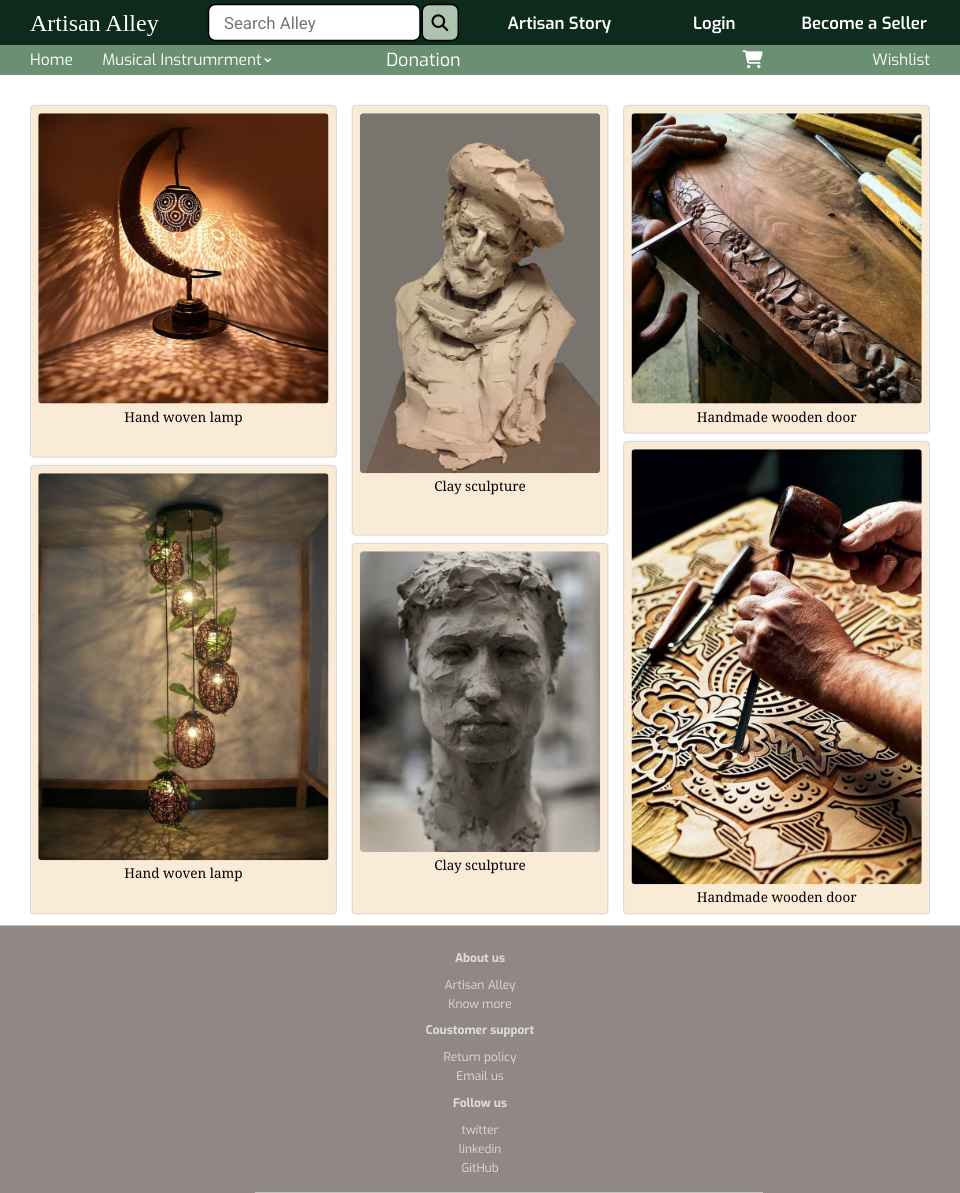
Repository: RingkhangBTY/Bytehacks_Hackathon_Project
Page: index.html
These files come from the project's save history. The page is drawn as it stood at one moment and after the next save; the edit follows.
The browser window is 1280 px wide. The pictures show the whole page, at 75% of full size.
Some web fonts or font styles are not loaded; a fallback is used.

Above is the page before, as saved 2024-11-27 04:46:53.

After the next save:
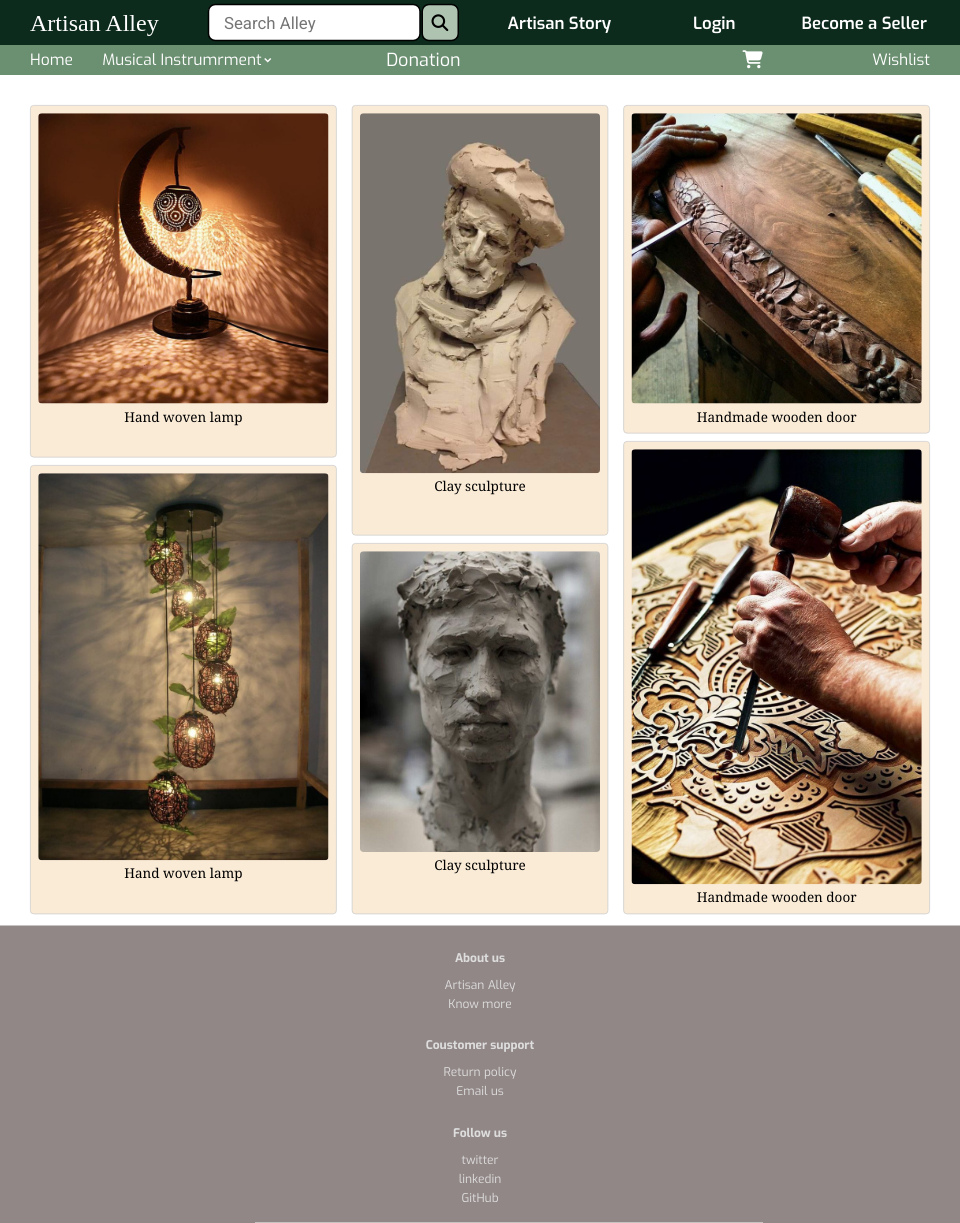
Saved 15 s later.
--- a/style.css
+++ b/style.css
@@ -211,7 +211,7 @@
   text-align: center;
 }
 
-.f00ter-container{
+.footer-container{
   display: flex;
   flex-direction: column;
   align-items: center;

After the 3 saves that followed:
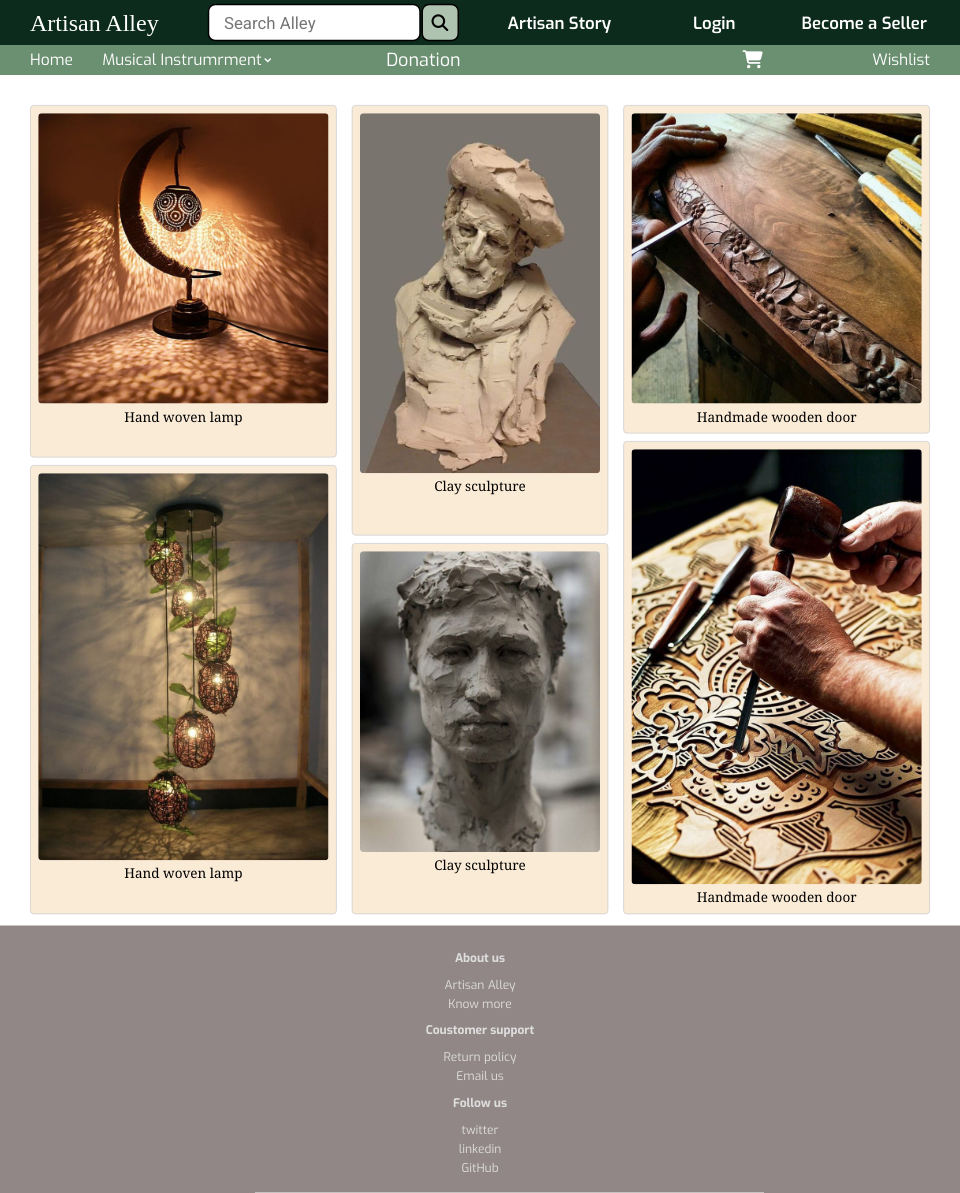
The 3 saves are shown as one change because 2 left the picture as it was.
The last was saved 5 min 40 s later.
--- a/index.html
+++ b/index.html
@@ -137,5 +137,6 @@
           </div>
         </div>
     </footer>
+
   </body>
 </html>
--- a/style.css
+++ b/style.css
@@ -212,15 +212,10 @@
 }
 
 .footer-container{
-  display: flex;
-  flex-direction: column;
-  align-items: center;
-  gap: 20px;
 }
 
 .imfo-contaner{
   display: flex;
-  flex-direction: column;
   align-items: center;
   gap: 20px;
   max-width: 1200px;
